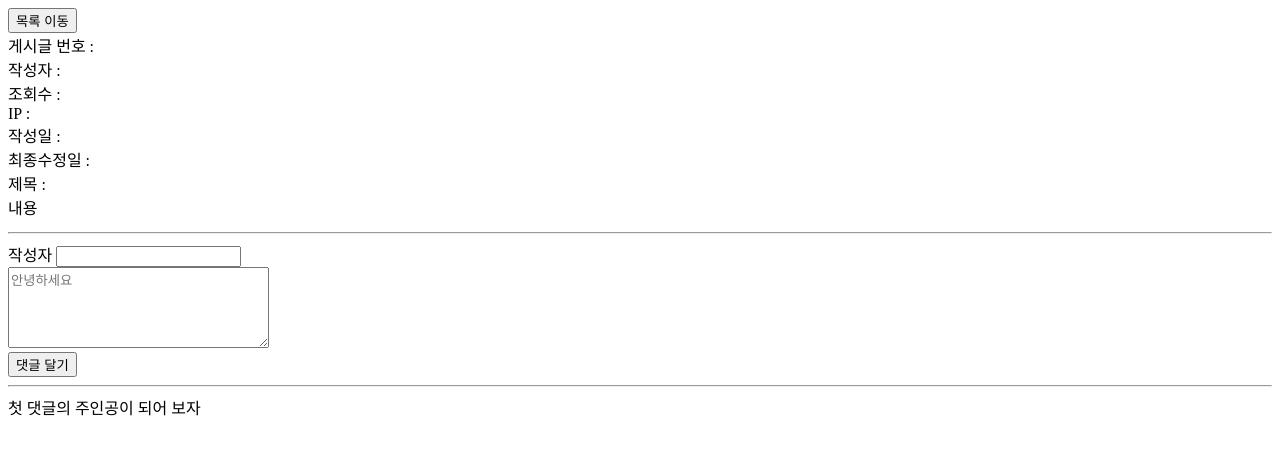
Repository: yangchunsick/JSPstudy
Page: http://localhost/11_MYHOME/notice/view.jsp
The author's editor kept a copy of each file at every save. The page is drawn from the files as they stood at one save, then again after the next save.
The browser window is 1280 px wide. The pictures show the whole page.
The page is served by Tomcat 9. The template is opened directly, without the code that normally fills it, so the values that code supplies are empty.

Above is the page before, as saved 2021-11-18 01:31:07.

After the next save:
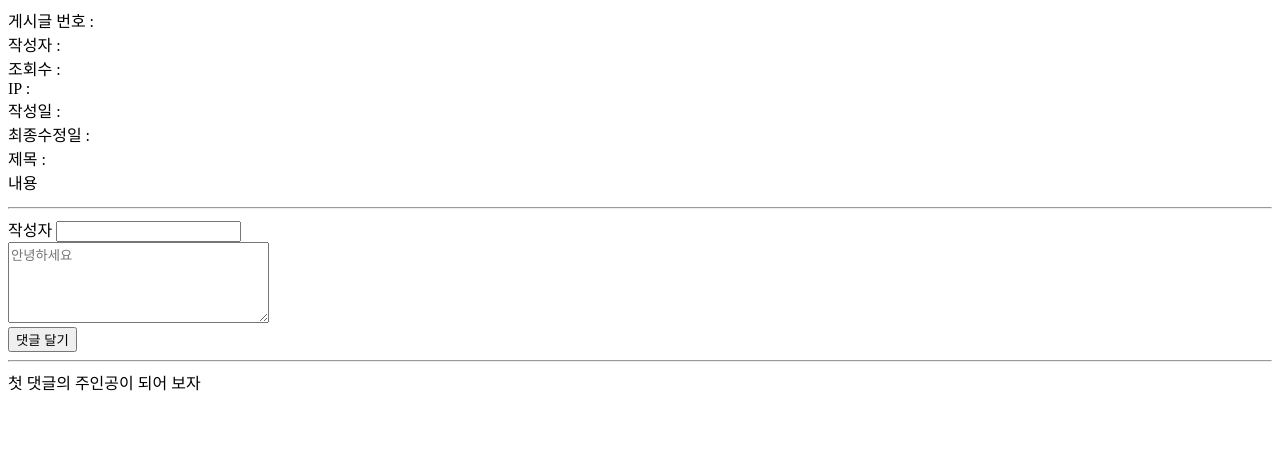
Saved 31 s later.
--- a/worksapce/11_MYHOME/WebContent/notice/view.jsp
+++ b/worksapce/11_MYHOME/WebContent/notice/view.jsp
@@ -17,7 +17,6 @@
 </head>
 <body>
 
-	<input type="button" value="목록 이동" onclick="location.href='list.notice'">
 		<%-- 게시물 내용 --%>
 	<div>
 		게시글 번호 : ${notice.nNo}<br>
